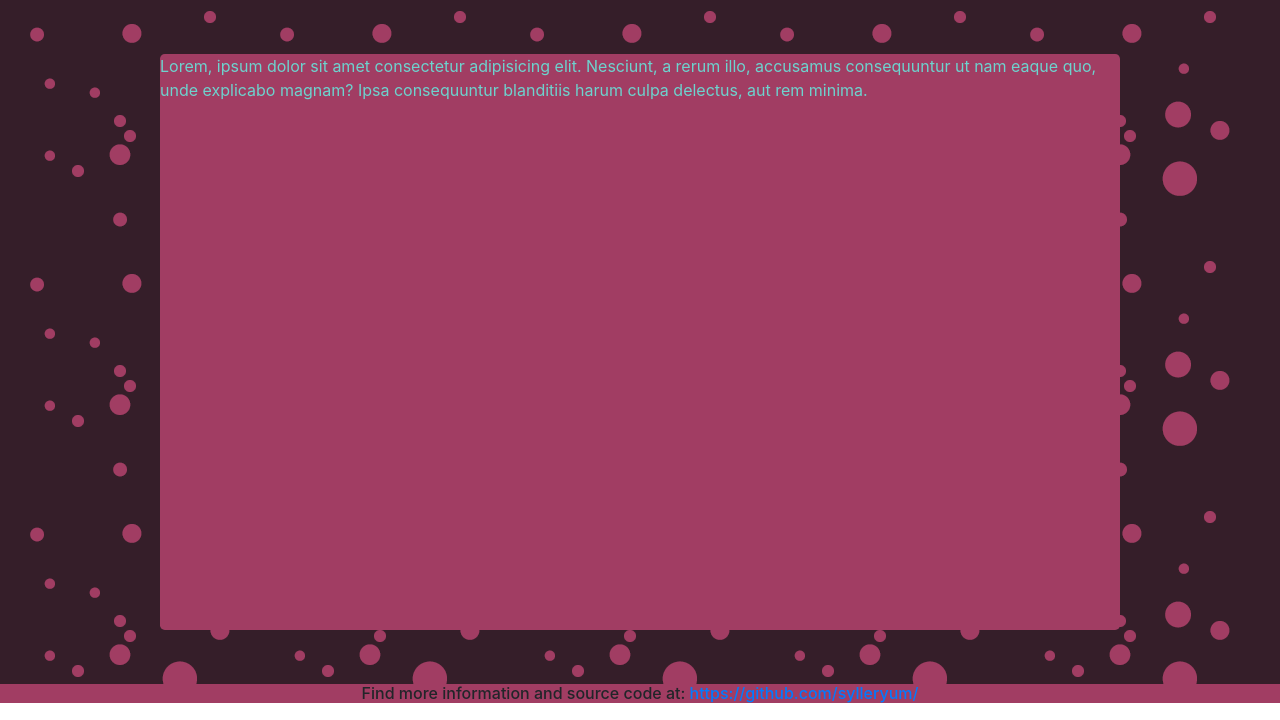
Repository: sylleryum/Frontend
Page: GetTopTracks/index.html
These files come from the project's save history. The page is drawn as it stood at one moment and after a run of saves; the edit follows.
The browser window is 1280 px wide. The pictures show the whole page.

Above is the page before, as saved 2019-10-13 14:54:40.

### GetTopTracks/index.html
<!doctype html>
<html lang="en">
  <head>
    <title>Get top tracks from Artists and albums</title>
    <!-- Required meta tags -->
    <meta charset="utf-8">
    <meta name="viewport" content="width=device-width, initial-scale=1, shrink-to-fit=no">

    <!-- Bootstrap CSS -->
    <link rel="stylesheet" href="https://stackpath.bootstrapcdn.com/bootstrap/4.3.1/css/bootstrap.min.css" integrity="sha384-ggOyR0iXCbMQv3Xipma34MD+dH/1fQ784/j6cY/iJTQUOhcWr7x9JvoRxT2MZw1T" crossorigin="anonymous">

    <!-- main CSS-->
    <link rel="stylesheet" href="style.css">

  </head>
  <body class="">
      <div class="container-fluid h-95 background-master">
          <div class="row align-items-center justify-content-center h-95">
               <div class="h-80 w-75 bg-4 text-1 rounded-lg" id="internal-container">Lorem, ipsum dolor sit amet consectetur adipisicing elit. Nesciunt, a rerum illo, accusamus consequuntur ut nam eaque quo, unde explicabo magnam? Ipsa consequuntur blanditiis harum culpa delectus, aut rem minima.</div>

          </div>

      </div>
      <footer class="text-center m-0 b-0 p-0 bg-4">
          <h6 class="p-0 m-0 text-w">Find more information and source code at: <a href="https://github.com/sylleryum/"> https://github.com/sylleryum/</a></h6>

     </footer>







    <!-- Optional JavaScript -->
    <!-- jQuery first, then Popper.js, then Bootstrap JS -->
    <script src="https://code.jquery.com/jquery-3.3.1.slim.min.js" integrity="sha384-q8i/X+965DzO0rT7abK41JStQIAqVgRVzpbzo5smXKp4YfRvH+8abtTE1Pi6jizo" crossorigin="anonymous"></script>
    <script src="https://cdnjs.cloudflare.com/ajax/libs/popper.js/1.14.7/umd/popper.min.js" integrity="sha384-UO2eT0CpHqdSJQ6hJty5KVphtPhzWj9WO1clHTMGa3JDZwrnQq4sF86dIHNDz0W1" crossorigin="anonymous"></script>
    <script src="https://stackpath.bootstrapcdn.com/bootstrap/4.3.1/js/bootstrap.min.js" integrity="sha384-JjSmVgyd0p3pXB1rRibZUAYoIIy6OrQ6VrjIEaFf/nJGzIxFDsf4x0xIM+B07jRM" crossorigin="anonymous"></script>
  </body>
</html>

### GetTopTracks/style.css
.background-master{
     background: url(images/bb.png) repeat;
}

.h-100{
     min-height: 100vh;
 }

 .h-95{
     min-height: 95vh;
 }
.h-80{
     min-height: 80vh;
 }

 .bg-1{background: #6dd3ce!important}
 .bg-2{background: #c8e9a0!important}
 .bg-3{background: #f7a278!important}
 .bg-4{background: #a13d63!important}
 .bg-5{background: #351e29!important}

.text-1{color: #6dd3ce!important}
.text-2{color: #c8e9a0!important}
.text-3{color: #f7a278!important}
.text-4{color: #a13d63!important}
.text-5{color: #351e29!important}

After the next 3 saves:
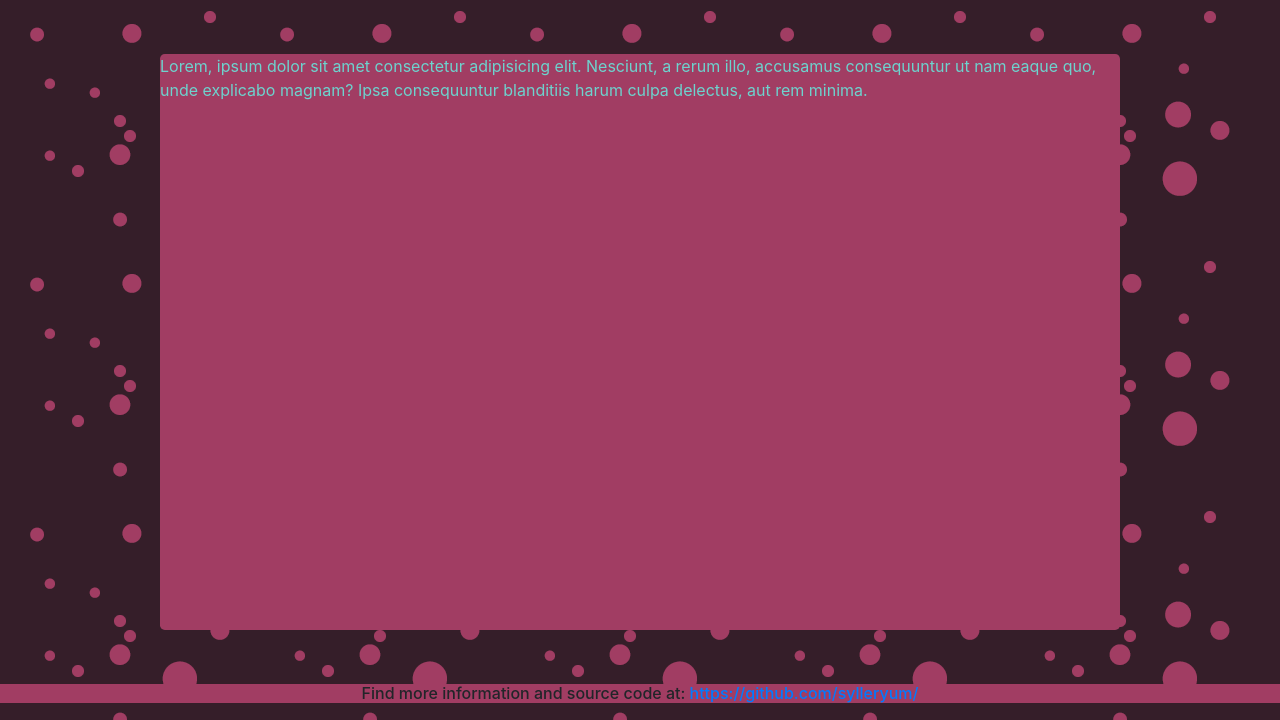
The 3 saves are shown as one change because they came seconds apart.
The last was saved 12 s later.
--- a/GetTopTracks/index.html
+++ b/GetTopTracks/index.html
@@ -13,8 +13,8 @@
     <link rel="stylesheet" href="style.css">
 
   </head>
-  <body class="">
-      <div class="container-fluid h-95 background-master">
+  <body class="background-master">
+      <div class="container-fluid h-95">
           <div class="row align-items-center justify-content-center h-95">
                <div class="h-80 w-75 bg-4 text-1 rounded-lg" id="internal-container">Lorem, ipsum dolor sit amet consectetur adipisicing elit. Nesciunt, a rerum illo, accusamus consequuntur ut nam eaque quo, unde explicabo magnam? Ipsa consequuntur blanditiis harum culpa delectus, aut rem minima.</div>
 
